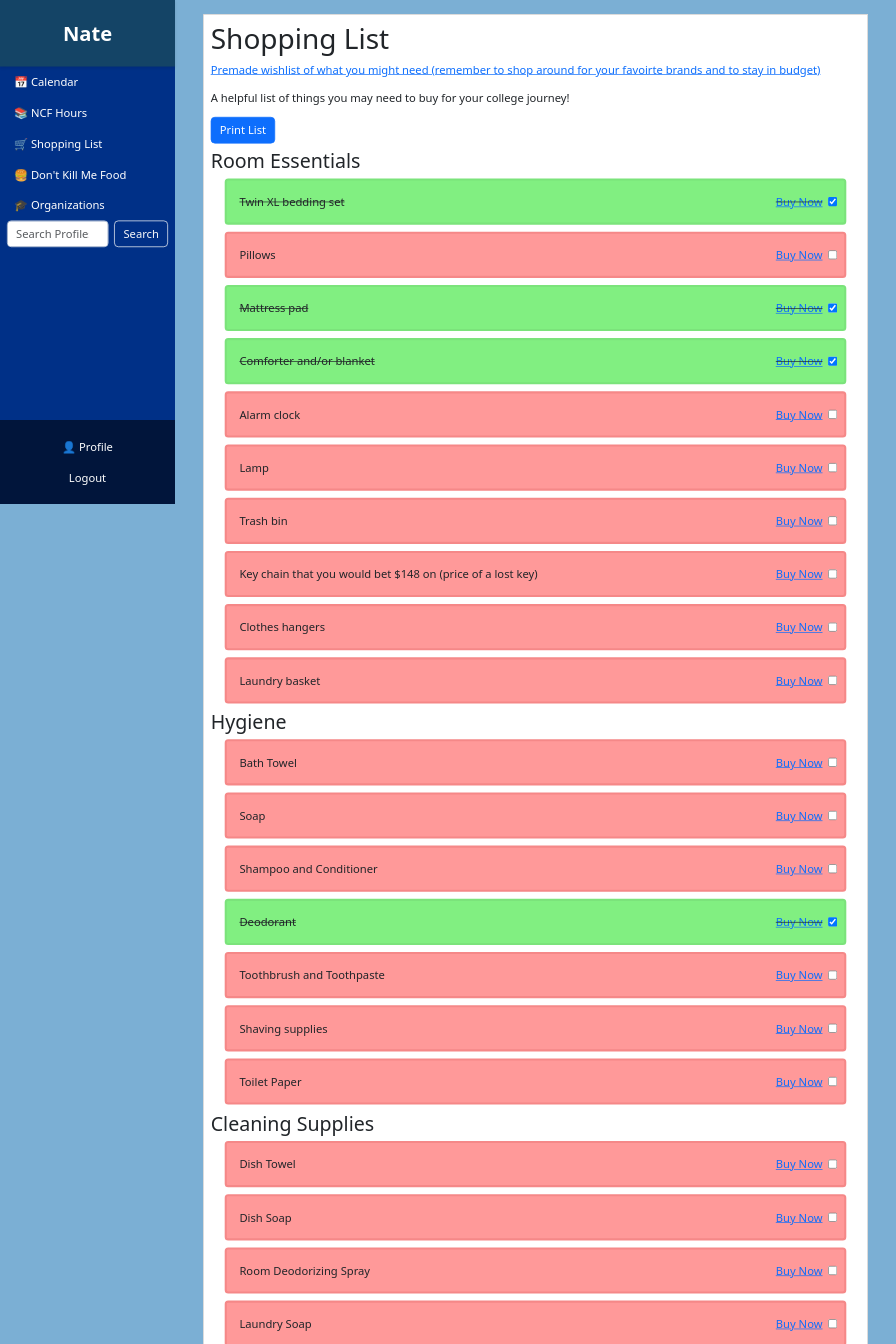
Repository: NateClarkTech/SoftwareEngineeringProject2
Page: http://localhost/shoppinglist/
An editor plug-in stored every save of this project. The page is shown before and after the next save, followed by the edit.
The browser window is 1280 px wide. The pictures show the part of the page from y = 0 to 1920 px (the page is 4421 px tall), at 70% of full size.
The page is served by the project's application, run on Django 5.2 (manage.py). The first stored user is signed in. Other server files are loaded and not shown. The page reads the database file committed with the project.

Above is the page before, as saved 2024-03-12 18:02:16.

### ShoppingList/templates/shoppinglist.html
{% extends 'base.html' %}

{% load static %}

{% block title %}Shopping List{% endblock %}

{% block extendHeader %}
<style>
    .item-box {
        border: 1px solid #ccc;
        padding: 10px;
        margin-bottom: 10px;
        margin-left: 20px;
        margin-right: 20px;
        background-color: white;
    }

    .checked {
        text-decoration: line-through;
        border-color: #7be37b;
        border-radius: 5px;
        border-width: 3px;
        background-color: #81ef81;
    }

    .not-checked {
        text-decoration: none;
        border-color: #f58888;
        border-radius: 5px;
        border-width: 3px;
        background-color: #ff9999;
    }
</style>
{% endblock %}

{% block content %}
<div class="align-items-center">
    {% if user.is_authenticated %}
    <div class="item-box">
        <h1>Shopping List</h1>
        <a href="https://www.amazon.com/hz/wishlist/ls/1MYC1SQ5AHTOC?ref_=wl_share" target="_blank">Premade wishlist of what you might need (remember to shop around for your favoirte brands and to stay in budget)</a>
        <p class="pt-3">A helpful list of things you may need to buy for your college journey!</p>
        <button type="button" class="btn btn-primary btn-small mb-2">Print List</button>
        {% for category in itemCategories %}
            <h3>{{ category }}</h3>
            {% for item in shoppingItems %}
                {% if item.category == category %}
                    <div class="item-box d-flex {% if item.checked %}checked{%else%}not-checked{% endif %}">
                        <label for="item-{{ forloop.counter }}" class="flex-grow-1 p-2">{{ item.name }}</label>
                        <a href="{{ item.url }}" target="_blank" class="p-2">Buy Now</a>
                        <input type="checkbox" id="item-{{ forloop.counter }}" class="p-2" {% if item.checked %}checked{% endif %}>
                    </div>
                {% endif %}
            {% endfor %}
        {% endfor %}
    </div>
    {% else %}
    <p>You are not logged in</p>
    {% endif %}
</div>
{% endblock %}

{% block scripts %}
    <script src={% static '/js/shoppinglist.js' %}></script>
{% endblock %}

### ShoppingList/models.py
from django.db import models
from django.contrib.auth.models import User

class ShoppingListCategory(models.Model):
    name = models.CharField(max_length=200)

    def __str__(self):
        return self.name

class ShoppingListItem(models.Model):
    user = models.ForeignKey(User, on_delete=models.CASCADE)
    name = models.CharField(max_length=200)
    category = models.ForeignKey(ShoppingListCategory, on_delete=models.CASCADE)
    url = models.URLField(max_length=200)
    checked = models.BooleanField(default=False)

    def __str__(self):
        return self.user.username + " - " + self.name

### Leaderboard/urls.py
from django.urls import path
from . import views
#https://www.reddit.com/r/django/comments/13hknj7/my_project_doesnt_recognize_the_urls_from_one_of/
urlpatterns = [
    path('', views.checklist, name='checklist'),
    path('checklist/', views.checklist, name='checklist'),
    path('update_checklist/', views.update_checklist, name='update_checklist'),
    path('reset-tasks', views.reset_tasks),
    path('leaderboard/', views.leaderboard_view, name='leaderboard'),

]

### ShoppingList/urls.py
from django.urls import path
from . import views
from django.conf import settings
from django.conf.urls.static import static
from django.contrib.auth import views as auth_views

urlpatterns = [
    path('', views.shoppinglist, name='shoppinglist'),
    path('update_shoppinglist', views.update_shoppinglist, name='update_shoppinglist'),
]

### NovoTaskNinja/urls.py
from django.urls import path
from . import views
from django.conf import settings
from django.conf.urls.static import static
from django.contrib.auth import views as auth_views

urlpatterns = [

    # Backend-Heavy Pages
    path('dontkillmefood/', views.dontkillmefood, name='dontkillmefood'),

    # Frontend-Heavy Pages
    path('calendar', views.calendar, name='calendar'),
    path('ncfhours/', views.ncfhours, name='ncfhours'),
    path('', views.home, name='home'),


] + static(settings.MEDIA_URL, document_root=settings.MEDIA_ROOT)

### db.sqlite3 (the tables this page reads, as SQL)
CREATE TABLE "ShoppingList_shoppinglistcategory" ("id" integer NOT NULL PRIMARY KEY AUTOINCREMENT, "name" varchar(200) NOT NULL);
INSERT INTO "ShoppingList_shoppinglistcategory" VALUES
(1, 'Room Essentials'),
(2, 'Hygiene'),
(3, 'Cleaning Supplies'),
(4, 'Beach Supplies'),
(5, 'School Supplies'),
(6, 'Emergency Preparedness'),
(7, 'Other Items');

CREATE TABLE "ShoppingList_shoppinglistitem" ("id" integer NOT NULL PRIMARY KEY AUTOINCREMENT, "name" varchar(200) NOT NULL, "url" varchar(200) NOT NULL, "checked" bool NOT NULL, "user_id" integer NOT NULL REFERENCES "auth_user" ("id") DEFERRABLE INITIALLY DEFERRED, "category_id" bigint NOT NULL REFERENCES "ShoppingList_shoppinglistcategory" ("id") DEFERRABLE INITIALLY DEFERRED);
INSERT INTO "ShoppingList_shoppinglistitem" VALUES
(1, 'Twin XL bedding set', 'https://www.amazon.com/s?k=twin+xl+sheet+sets', 0, 3, 1),
(2, 'Pillows', 'https://www.amazon.com/s?k=bed+pillow', 0, 3, 1),
(3, 'Mattress pad', 'https://www.amazon.com/s?k=mattress+pad', 0, 3, 1),
(4, 'Comforter and/or blanket', 'https://www.amazon.com/s?k=comforter', 0, 3, 1),
(5, 'Alarm clock', 'https://www.amazon.com/s?k=alarm+clock', 0, 3, 1),
(6, 'Lamp', 'https://www.amazon.com/s?k=lamp', 0, 3, 1),
(7, 'Trash bin', 'https://www.amazon.com/s?k=trash+bin', 0, 3, 1),
(8, 'Key chain that you would bet $148 on (price of a lost key)', 'https://www.amazon.com/s?k=key+chain', 0, 3, 1),
(9, 'Clothes hangers', 'clothes hangers', 0, 3, 1),
(10, 'Laundry basket', 'https://www.amazon.com/s?k=laundry+basket', 0, 3, 1),
(11, 'Bath Towel', 'https://www.amazon.com/s?kbath+towel', 0, 3, 2),
(12, 'Soap', 'https://www.amazon.com/s?k=soap', 0, 3, 2),
(13, 'Shampoo and Conditioner', 'https://www.amazon.com/s?k=shampoo+and+conditioner', 0, 3, 2),
(14, 'Deodorant', 'https://www.amazon.com/s?k=deodorant', 0, 3, 2),
(15, 'Toothbrush and Toothpaste', 'https://www.amazon.com/s?k=toothbrush+and+toothpaste', 0, 3, 2),
(16, 'Shaving supplies', 'https://www.amazon.com/s?k=shaving+supplies', 0, 3, 2),
(17, 'Toilet Paper', 'https://www.amazon.com/s?k=toilet+paper', 0, 3, 2),
(18, 'Dish Towel', 'https://www.amazon.com/s?k=dish+towel', 0, 3, 3),
(19, 'Dish Soap', 'https://www.amazon.com/s?k=dish+soap', 0, 3, 3),
(20, 'Room Deodorizing Spray', 'https://www.amazon.com/s?k=room+deodorizing+spray', 0, 3, 3),
(21, 'Laundry Soap', 'https://www.amazon.com/s?k=laundry+soap', 0, 3, 3),
(22, 'Disinfectant Wipes', 'https://www.amazon.com/s?k=disinfectant+wipes', 0, 3, 3),
(23, 'Lysol Spray', 'https://www.amazon.com/s?k=lysol+spray', 0, 3, 3),
(24, 'Swimsuit', 'https://www.amazon.com/s?k=swimsuit', 0, 3, 4),
(25, 'Beach Towel', 'https://www.amazon.com/s?k=beach+towel', 0, 3, 4),
(26, 'Sunscreen', 'https://www.amazon.com/s?k=sunscreen', 0, 3, 4),
(27, 'Refillable Water Bottle', 'https://www.amazon.com/s?k=refillable+water+bottle', 0, 3, 4),
(28, 'Personal Computer', 'https://www.amazon.com/s?k=personal+computer', 0, 3, 5),
(29, 'Printer', 'https://www.amazon.com/s?k=printer', 0, 3, 5),
(30, 'Printer Paper', 'https://www.amazon.com/s?k=printer+paper', 0, 3, 5),
(31, 'Ethernet Cable', 'https://www.amazon.com/s?k=ethernet+cable', 0, 3, 5),
(32, 'Flash Drive', 'https://www.amazon.com/s?k=flash+drive', 0, 3, 5),
(33, 'Notebooks', 'https://www.amazon.com/s?k=notebooks', 0, 3, 5),
(34, 'Laptop Lock', 'https://www.amazon.com/s?k=laptop+lock', 0, 3, 5),
(35, 'Office Supplies (Poster Putty, Stapler, Push Pins, Pen/Pencils, Envelopes and Stamps)', 'https://www.amazon.com/s?k=office+supplies', 0, 3, 5),
(36, 'Desk Lamp', 'https://www.amazon.com/s?k=desk+lamp', 0, 3, 5),
(37, 'Power Strip with Surge Protector', 'https://www.amazon.com/s?k=power+strip+with+surge+protector', 0, 3, 5),
(38, 'Multi-port USB Charger', 'https://www.amazon.com/s?k=multi-port+usb+charger', 0, 3, 5),
(39, 'Headset', 'https://www.amazon.com/s?k=headset', 0, 3, 5),
(40, 'Flashlight', 'https://www.amazon.com/s?k=flashlight', 0, 3, 6),
(41, 'Batteries', 'https://www.amazon.com/s?k=batteries', 0, 3, 6),
(42, 'First-aid Kit', 'https://www.amazon.com/s?k=first-aid+kit', 0, 3, 6),
(43, 'Fan', 'https://www.amazon.com/s?k=fan', 0, 3, 7),
(44, 'Umbrella', 'https://www.amazon.com/s?k=umbrella', 0, 3, 7),
(45, 'Ear Plugs', 'https://www.amazon.com/s?k=ear+plugs', 0, 3, 7),
(46, 'Small Sewing Kit', 'https://www.amazon.com/s?k=sewing+kit', 0, 3, 7),
(47, 'Small Tool Kit', 'https://www.amazon.com/s?k=tool+kit', 0, 3, 7),
(48, 'Storage Bins', 'https://www.amazon.com/s?k=storage+bins', 0, 3, 7),
(49, 'Dishes and Utensils', 'https://www.amazon.com/s?k=dishes+and+utensils', 0, 3, 7),
(50, 'Camera', 'https://www.amazon.com/s?k=camera', 0, 3, 7),
(51, 'Can Opener', 'https://www.amazon.com/s?k=can+opener', 0, 3, 7),
(52, 'Twin XL bedding set', 'https://www.amazon.com/s?k=twin+xl+sheet+sets', 0, 4, 1),
(53, 'Pillows', 'https://www.amazon.com/s?k=bed+pillow', 0, 4, 1),
(54, 'Mattress pad', 'https://www.amazon.com/s?k=mattress+pad', 0, 4, 1),
(55, 'Comforter and/or blanket', 'https://www.amazon.com/s?k=comforter', 0, 4, 1),
(56, 'Alarm clock', 'https://www.amazon.com/s?k=alarm+clock', 0, 4, 1),
(57, 'Lamp', 'https://www.amazon.com/s?k=lamp', 0, 4, 1),
(58, 'Trash bin', 'https://www.amazon.com/s?k=trash+bin', 0, 4, 1),
(59, 'Key chain that you would bet $148 on (price of a lost key)', 'https://www.amazon.com/s?k=key+chain', 0, 4, 1),
(60, 'Clothes hangers', 'clothes hangers', 0, 4, 1),
(61, 'Laundry basket', 'https://www.amazon.com/s?k=laundry+basket', 0, 4, 1),
(62, 'Bath Towel', 'https://www.amazon.com/s?kbath+towel', 0, 4, 2),
(63, 'Soap', 'https://www.amazon.com/s?k=soap', 0, 4, 2),
(64, 'Shampoo and Conditioner', 'https://www.amazon.com/s?k=shampoo+and+conditioner', 0, 4, 2),
(65, 'Deodorant', 'https://www.amazon.com/s?k=deodorant', 0, 4, 2),
(66, 'Toothbrush and Toothpaste', 'https://www.amazon.com/s?k=toothbrush+and+toothpaste', 0, 4, 2),
(67, 'Shaving supplies', 'https://www.amazon.com/s?k=shaving+supplies', 0, 4, 2),
(68, 'Toilet Paper', 'https://www.amazon.com/s?k=toilet+paper', 0, 4, 2),
(69, 'Dish Towel', 'https://www.amazon.com/s?k=dish+towel', 0, 4, 3),
(70, 'Dish Soap', 'https://www.amazon.com/s?k=dish+soap', 0, 4, 3),
(71, 'Room Deodorizing Spray', 'https://www.amazon.com/s?k=room+deodorizing+spray', 0, 4, 3),
(72, 'Laundry Soap', 'https://www.amazon.com/s?k=laundry+soap', 0, 4, 3),
(73, 'Disinfectant Wipes', 'https://www.amazon.com/s?k=disinfectant+wipes', 0, 4, 3),
(74, 'Lysol Spray', 'https://www.amazon.com/s?k=lysol+spray', 0, 4, 3),
(75, 'Swimsuit', 'https://www.amazon.com/s?k=swimsuit', 0, 4, 4),
(76, 'Beach Towel', 'https://www.amazon.com/s?k=beach+towel', 0, 4, 4),
(77, 'Sunscreen', 'https://www.amazon.com/s?k=sunscreen', 0, 4, 4),
(78, 'Refillable Water Bottle', 'https://www.amazon.com/s?k=refillable+water+bottle', 0, 4, 4),
(79, 'Personal Computer', 'https://www.amazon.com/s?k=personal+computer', 0, 4, 5),
(80, 'Printer', 'https://www.amazon.com/s?k=printer', 0, 4, 5),
(81, 'Printer Paper', 'https://www.amazon.com/s?k=printer+paper', 0, 4, 5),
(82, 'Ethernet Cable', 'https://www.amazon.com/s?k=ethernet+cable', 0, 4, 5),
(83, 'Flash Drive', 'https://www.amazon.com/s?k=flash+drive', 0, 4, 5),
(84, 'Notebooks', 'https://www.amazon.com/s?k=notebooks', 0, 4, 5),
(85, 'Laptop Lock', 'https://www.amazon.com/s?k=laptop+lock', 0, 4, 5),
(86, 'Office Supplies (Poster Putty, Stapler, Push Pins, Pen/Pencils, Envelopes and Stamps)', 'https://www.amazon.com/s?k=office+supplies', 0, 4, 5),
(87, 'Desk Lamp', 'https://www.amazon.com/s?k=desk+lamp', 0, 4, 5),
(88, 'Power Strip with Surge Protector', 'https://www.amazon.com/s?k=power+strip+with+surge+protector', 0, 4, 5),
(89, 'Multi-port USB Charger', 'https://www.amazon.com/s?k=multi-port+usb+charger', 0, 4, 5),
(90, 'Headset', 'https://www.amazon.com/s?k=headset', 0, 4, 5),
(91, 'Flashlight', 'https://www.amazon.com/s?k=flashlight', 0, 4, 6),
(92, 'Batteries', 'https://www.amazon.com/s?k=batteries', 0, 4, 6),
(93, 'First-aid Kit', 'https://www.amazon.com/s?k=first-aid+kit', 0, 4, 6),
(94, 'Fan', 'https://www.amazon.com/s?k=fan', 0, 4, 7),
(95, 'Umbrella', 'https://www.amazon.com/s?k=umbrella', 0, 4, 7),
(96, 'Ear Plugs', 'https://www.amazon.com/s?k=ear+plugs', 0, 4, 7),
(97, 'Small Sewing Kit', 'https://www.amazon.com/s?k=sewing+kit', 0, 4, 7),
(98, 'Small Tool Kit', 'https://www.amazon.com/s?k=tool+kit', 0, 4, 7),
(99, 'Storage Bins', 'https://www.amazon.com/s?k=storage+bins', 0, 4, 7),
(100, 'Dishes and Utensils', 'https://www.amazon.com/s?k=dishes+and+utensils', 0, 4, 7),
(101, 'Camera', 'https://www.amazon.com/s?k=camera', 0, 4, 7),
(102, 'Can Opener', 'https://www.amazon.com/s?k=can+opener', 0, 4, 7),
(103, 'Twin XL bedding set', 'https://www.amazon.com/s?k=twin+xl+sheet+sets', 0, 2, 1),
(104, 'Pillows', 'https://www.amazon.com/s?k=bed+pillow', 0, 2, 1),
(105, 'Mattress pad', 'https://www.amazon.com/s?k=mattress+pad', 0, 2, 1),
(106, 'Comforter and/or blanket', 'https://www.amazon.com/s?k=comforter', 0, 2, 1),
(107, 'Alarm clock', 'https://www.amazon.com/s?k=alarm+clock', 0, 2, 1),
(108, 'Lamp', 'https://www.amazon.com/s?k=lamp', 0, 2, 1),
(109, 'Trash bin', 'https://www.amazon.com/s?k=trash+bin', 0, 2, 1),
(110, 'Key chain that you would bet $148 on (price of a lost key)', 'https://www.amazon.com/s?k=key+chain', 0, 2, 1),
(111, 'Clothes hangers', 'https://www.amazon.com/s?k=clothes+hangers', 0, 2, 1),
(112, 'Laundry basket', 'https://www.amazon.com/s?k=laundry+basket', 0, 2, 1),
(113, 'Bath Towel', 'https://www.amazon.com/s?k=bath+towels', 0, 2, 2),
(114, 'Soap', 'https://www.amazon.com/s?k=soap', 0, 2, 2),
(115, 'Shampoo and Conditioner', 'https://www.amazon.com/s?k=shampoo+and+conditioner', 0, 2, 2),
(116, 'Deodorant', 'https://www.amazon.com/s?k=deodorant', 0, 2, 2),
(117, 'Toothbrush and Toothpaste', 'https://www.amazon.com/s?k=toothbrush+and+toothpaste', 0, 2, 2),
(118, 'Shaving supplies', 'https://www.amazon.com/s?k=shaving+supplies', 0, 2, 2),
(119, 'Toilet Paper', 'https://www.amazon.com/s?k=toilet+paper', 0, 2, 2),
(120, 'Dish Towel', 'https://www.amazon.com/s?k=dish+towel', 0, 2, 3),
(121, 'Dish Soap', 'https://www.amazon.com/s?k=dish+soap', 0, 2, 3),
(122, 'Room Deodorizing Spray', 'https://www.amazon.com/s?k=room+deodorizing+spray', 0, 2, 3),
(123, 'Laundry Soap', 'https://www.amazon.com/s?k=laundry+soap', 0, 2, 3),
(124, 'Disinfectant Wipes', 'https://www.amazon.com/s?k=disinfectant+wipes', 0, 2, 3),
(125, 'Lysol Spray', 'https://www.amazon.com/s?k=lysol+spray', 0, 2, 3),
(126, 'Swimsuit', 'https://www.amazon.com/s?k=swimsuit', 0, 2, 4),
(127, 'Beach Towel', 'https://www.amazon.com/s?k=beach+towel', 0, 2, 4),
(128, 'Sunscreen', 'https://www.amazon.com/s?k=sunscreen', 0, 2, 4),
(129, 'Refillable Water Bottle', 'https://www.amazon.com/s?k=refillable+water+bottle', 0, 2, 4),
(130, 'Personal Computer', 'https://www.amazon.com/s?k=personal+computer', 0, 2, 5),
(131, 'Printer', 'https://www.amazon.com/s?k=printer', 0, 2, 5),
(132, 'Printer Paper', 'https://www.amazon.com/s?k=printer+paper', 0, 2, 5),
(133, 'Ethernet Cable', 'https://www.amazon.com/s?k=ethernet+cable', 0, 2, 5),
(134, 'Flash Drive', 'https://www.amazon.com/s?k=flash+drive', 0, 2, 5),
(135, 'Notebooks', 'https://www.amazon.com/s?k=notebooks', 0, 2, 5),
(136, 'Laptop Lock', 'https://www.amazon.com/s?k=laptop+lock', 0, 2, 5),
(137, 'Office Supplies (Poster Putty, Stapler, Push Pins, Pen/Pencils, Envelopes and Stamps)', 'https://www.amazon.com/s?k=office+supplies', 0, 2, 5),
(138, 'Desk Lamp', 'https://www.amazon.com/s?k=desk+lamp', 0, 2, 5),
(139, 'Power Strip with Surge Protector', 'https://www.amazon.com/s?k=power+strip+with+surge+protector', 0, 2, 5),
(140, 'Multi-port USB Charger', 'https://www.amazon.com/s?k=multi-port+usb+charger', 0, 2, 5),
(141, 'Headset', 'https://www.amazon.com/s?k=headset', 0, 2, 5),
(142, 'Flashlight', 'https://www.amazon.com/s?k=flashlight', 0, 2, 6),
(143, 'Batteries', 'https://www.amazon.com/s?k=batteries', 0, 2, 6),
(144, 'First-aid Kit', 'https://www.amazon.com/s?k=first-aid+kit', 0, 2, 6),
(145, 'Fan', 'https://www.amazon.com/s?k=fan', 0, 2, 7),
(146, 'Umbrella', 'https://www.amazon.com/s?k=umbrella', 0, 2, 7),
(147, 'Ear Plugs', 'https://www.amazon.com/s?k=ear+plugs', 0, 2, 7),
(148, 'Small Sewing Kit', 'https://www.amazon.com/s?k=sewing+kit', 0, 2, 7),
(149, 'Small Tool Kit', 'https://www.amazon.com/s?k=tool+kit', 0, 2, 7),
(150, 'Storage Bins', 'https://www.amazon.com/s?k=storage+bins', 0, 2, 7),
(151, 'Dishes and Utensils', 'https://www.amazon.com/s?k=dishes+and+utensils', 0, 2, 7),
(152, 'Camera', 'https://www.amazon.com/s?k=camera', 0, 2, 7),
(153, 'Can Opener', 'https://www.amazon.com/s?k=can+opener', 0, 2, 7),
(154, 'Twin XL bedding set', 'https://www.amazon.com/s?k=twin+xl+sheet+sets', 1, 1, 1),
(155, 'Pillows', 'https://www.amazon.com/s?k=bed+pillow', 0, 1, 1),
(156, 'Mattress pad', 'https://www.amazon.com/s?k=mattress+pad', 1, 1, 1),
(157, 'Comforter and/or blanket', 'https://www.amazon.com/s?k=comforter', 1, 1, 1),
(158, 'Alarm clock', 'https://www.amazon.com/s?k=alarm+clock', 0, 1, 1),
(159, 'Lamp', 'https://www.amazon.com/s?k=lamp', 0, 1, 1),
(160, 'Trash bin', 'https://www.amazon.com/s?k=trash+bin', 0, 1, 1),
(161, 'Key chain that you would bet $148 on (price of a lost key)', 'https://www.amazon.com/s?k=key+chain', 0, 1, 1),
(162, 'Clothes hangers', 'https://www.amazon.com/s?k=clothes+hangers', 0, 1, 1),
(163, 'Laundry basket', 'https://www.amazon.com/s?k=laundry+basket', 0, 1, 1),
(164, 'Bath Towel', 'https://www.amazon.com/s?k=bath+towels', 0, 1, 2),
(165, 'Soap', 'https://www.amazon.com/s?k=soap', 0, 1, 2),
(166, 'Shampoo and Conditioner', 'https://www.amazon.com/s?k=shampoo+and+conditioner', 0, 1, 2),
(167, 'Deodorant', 'https://www.amazon.com/s?k=deodorant', 1, 1, 2),
(168, 'Toothbrush and Toothpaste', 'https://www.amazon.com/s?k=toothbrush+and+toothpaste', 0, 1, 2),
(169, 'Shaving supplies', 'https://www.amazon.com/s?k=shaving+supplies', 0, 1, 2),
(170, 'Toilet Paper', 'https://www.amazon.com/s?k=toilet+paper', 0, 1, 2),
(171, 'Dish Towel', 'https://www.amazon.com/s?k=dish+towel', 0, 1, 3),
(172, 'Dish Soap', 'https://www.amazon.com/s?k=dish+soap', 0, 1, 3),
(173, 'Room Deodorizing Spray', 'https://www.amazon.com/s?k=room+deodorizing+spray', 0, 1, 3),
(174, 'Laundry Soap', 'https://www.amazon.com/s?k=laundry+soap', 0, 1, 3),
(175, 'Disinfectant Wipes', 'https://www.amazon.com/s?k=disinfectant+wipes', 0, 1, 3),
(176, 'Lysol Spray', 'https://www.amazon.com/s?k=lysol+spray', 0, 1, 3),
(177, 'Swimsuit', 'https://www.amazon.com/s?k=swimsuit', 0, 1, 4),
(178, 'Beach Towel', 'https://www.amazon.com/s?k=beach+towel', 0, 1, 4),
(179, 'Sunscreen', 'https://www.amazon.com/s?k=sunscreen', 0, 1, 4),
(180, 'Refillable Water Bottle', 'https://www.amazon.com/s?k=refillable+water+bottle', 0, 1, 4),
(181, 'Personal Computer', 'https://www.amazon.com/s?k=personal+computer', 0, 1, 5),
(182, 'Printer', 'https://www.amazon.com/s?k=printer', 0, 1, 5),
(183, 'Printer Paper', 'https://www.amazon.com/s?k=printer+paper', 0, 1, 5),
(184, 'Ethernet Cable', 'https://www.amazon.com/s?k=ethernet+cable', 0, 1, 5),
(185, 'Flash Drive', 'https://www.amazon.com/s?k=flash+drive', 0, 1, 5),
(186, 'Notebooks', 'https://www.amazon.com/s?k=notebooks', 0, 1, 5),
(187, 'Laptop Lock', 'https://www.amazon.com/s?k=laptop+lock', 0, 1, 5),
(188, 'Office Supplies (Poster Putty, Stapler, Push Pins, Pen/Pencils, Envelopes and Stamps)', 'https://www.amazon.com/s?k=office+supplies', 0, 1, 5),
(189, 'Desk Lamp', 'https://www.amazon.com/s?k=desk+lamp', 0, 1, 5),
(190, 'Power Strip with Surge Protector', 'https://www.amazon.com/s?k=power+strip+with+surge+protector', 0, 1, 5),
(191, 'Multi-port USB Charger', 'https://www.amazon.com/s?k=multi-port+usb+charger', 0, 1, 5),
(192, 'Headset', 'https://www.amazon.com/s?k=headset', 0, 1, 5),
(193, 'Flashlight', 'https://www.amazon.com/s?k=flashlight', 0, 1, 6),
(194, 'Batteries', 'https://www.amazon.com/s?k=batteries', 0, 1, 6),
(195, 'First-aid Kit', 'https://www.amazon.com/s?k=first-aid+kit', 0, 1, 6),
(196, 'Fan', 'https://www.amazon.com/s?k=fan', 0, 1, 7),
(197, 'Umbrella', 'https://www.amazon.com/s?k=umbrella', 0, 1, 7),
(198, 'Ear Plugs', 'https://www.amazon.com/s?k=ear+plugs', 0, 1, 7),
(199, 'Small Sewing Kit', 'https://www.amazon.com/s?k=sewing+kit', 0, 1, 7),
(200, 'Small Tool Kit', 'https://www.amazon.com/s?k=tool+kit', 0, 1, 7),
(201, 'Storage Bins', 'https://www.amazon.com/s?k=storage+bins', 0, 1, 7),
(202, 'Dishes and Utensils', 'https://www.amazon.com/s?k=dishes+and+utensils', 0, 1, 7),
(203, 'Camera', 'https://www.amazon.com/s?k=camera', 0, 1, 7),
(204, 'Can Opener', 'https://www.amazon.com/s?k=can+opener', 0, 1, 7);

CREATE TABLE "auth_user" ("id" integer NOT NULL PRIMARY KEY AUTOINCREMENT, "password" varchar(128) NOT NULL, "last_login" datetime NULL, "is_superuser" bool NOT NULL, "username" varchar(150) NOT NULL UNIQUE, "last_name" varchar(150) NOT NULL, "email" varchar(254) NOT NULL, "is_staff" bool NOT NULL, "is_active" bool NOT NULL, "date_joined" datetime NOT NULL, "first_name" varchar(150) NOT NULL);
INSERT INTO "auth_user" VALUES
(1, 'pbkdf2_sha256$720000$voXDfFPGW35Vj4HBNrXH6O$81VbTivkDmHTHyrO0enerEqBO5Y1jna5vWEizOy2neM=', '2024-03-12 19:50:57.516190', 0, 'Nate', '', '', 0, 1, '2024-03-10 17:59:04.381654', ''),
(2, 'pbkdf2_sha256$720000$6xx2oJHi4sTw9UGfKxI1Vr$hTFa86Txj4tm4MMlh+gyYzNVMNkcrilSLcoieOe8rZ0=', '2024-03-12 19:31:30.492896', 1, 'admin', '', '', 1, 1, '2024-03-10 17:59:37.223655', ''),
(3, 'pbkdf2_sha256$720000$CYfsySN9KJ3kKCFa7FcOyu$1SpWWJdIaEb00rFZobW7XtaDRaXiSxJRIjAVbF6ooGU=', '2024-03-12 15:52:11.849871', 0, 'NotNate', '', '', 0, 1, '2024-03-10 21:43:19.463536', ''),
(4, 'pbkdf2_sha256$720000$yQsW3wlpSp5GMrkLKbaAMK$XEmvrkUnHV2qiy/8O9pIhwGZvYNqFGRgejnn5yn4QFM=', '2024-03-11 00:26:01.990320', 0, 'Username', '', '', 0, 1, '2024-03-11 00:26:01.476318', '');

Loaded but not shown: ShoppingList/static/js/shoppinglist.js (67 lines, source omitted); NovoTaskNinja/templates/navbar.html (248 lines, source omitted); ShoppingList/views.py (113 lines, source omitted); static/css/base/base.css (123 lines, source omitted); NovoTaskNinja/templates/base.html (49 lines, source omitted); SEProject2/urls.py (30 lines, source omitted); Profile/urls.py (26 lines, source omitted)

After the next save:
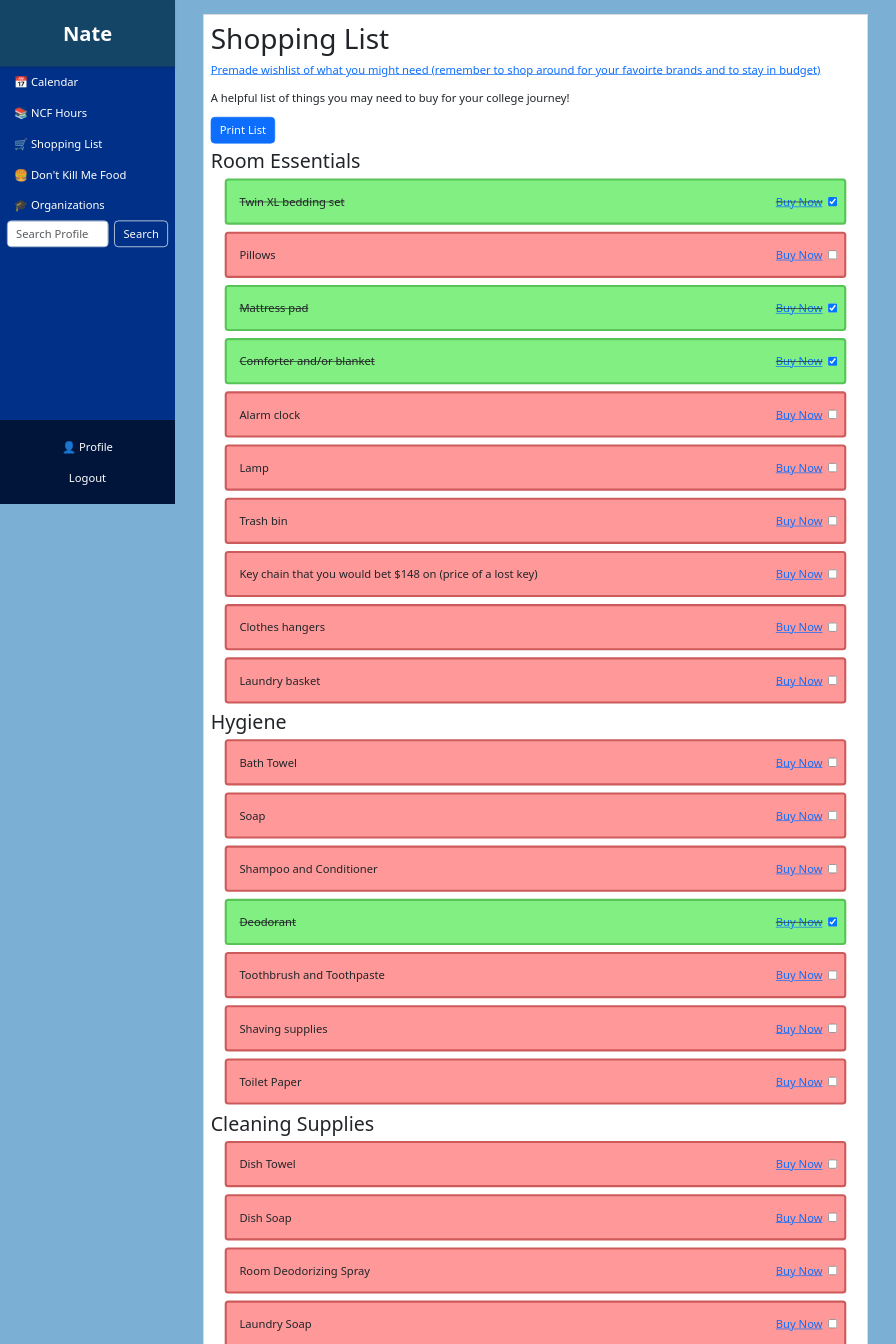
Saved 12 s later.
--- a/ShoppingList/templates/shoppinglist.html
+++ b/ShoppingList/templates/shoppinglist.html
@@ -17,7 +17,7 @@
 
     .checked {
         text-decoration: line-through;
-        border-color: #7be37b;
+        border-color: #58c458;
         border-radius: 5px;
         border-width: 3px;
         background-color: #81ef81;
@@ -25,7 +25,7 @@
 
     .not-checked {
         text-decoration: none;
-        border-color: #f58888;
+        border-color: #ce5b5b;
         border-radius: 5px;
         border-width: 3px;
         background-color: #ff9999;
